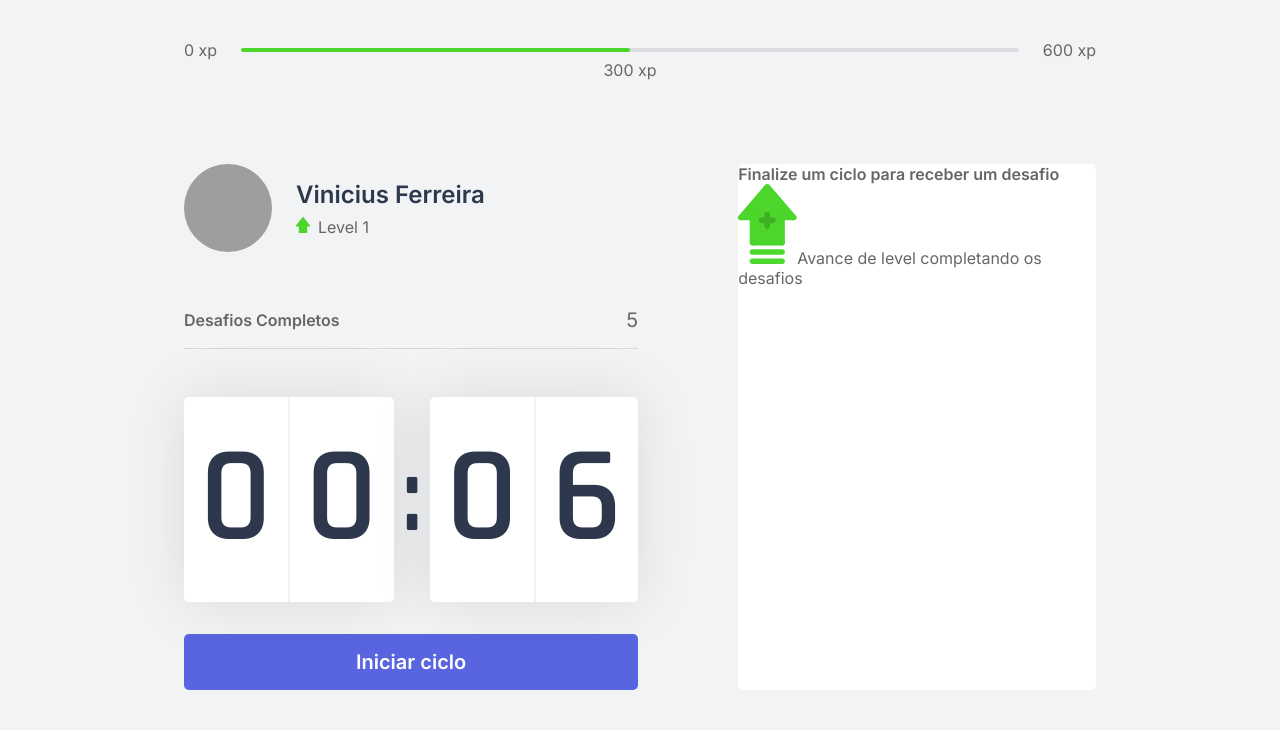
Repository: viniciusfg05/nlwFocus
Page: /
These files come from the project's save history. The page is drawn as it stood at one moment and after the next save; the edit follows.
The browser window is 1280 px wide. The pictures show the whole page.
Pictures or frames that could not be fetched are drawn as grey boxes. The project was rebuilt for these pictures with package versions that can differ from the ones it lists, and the page was loaded fresh each time. The framework's server and built-in components were replaced by stand-ins that run in the browser.

Above is the page before, as saved 2022-02-28 10:46:46.

After the next save:
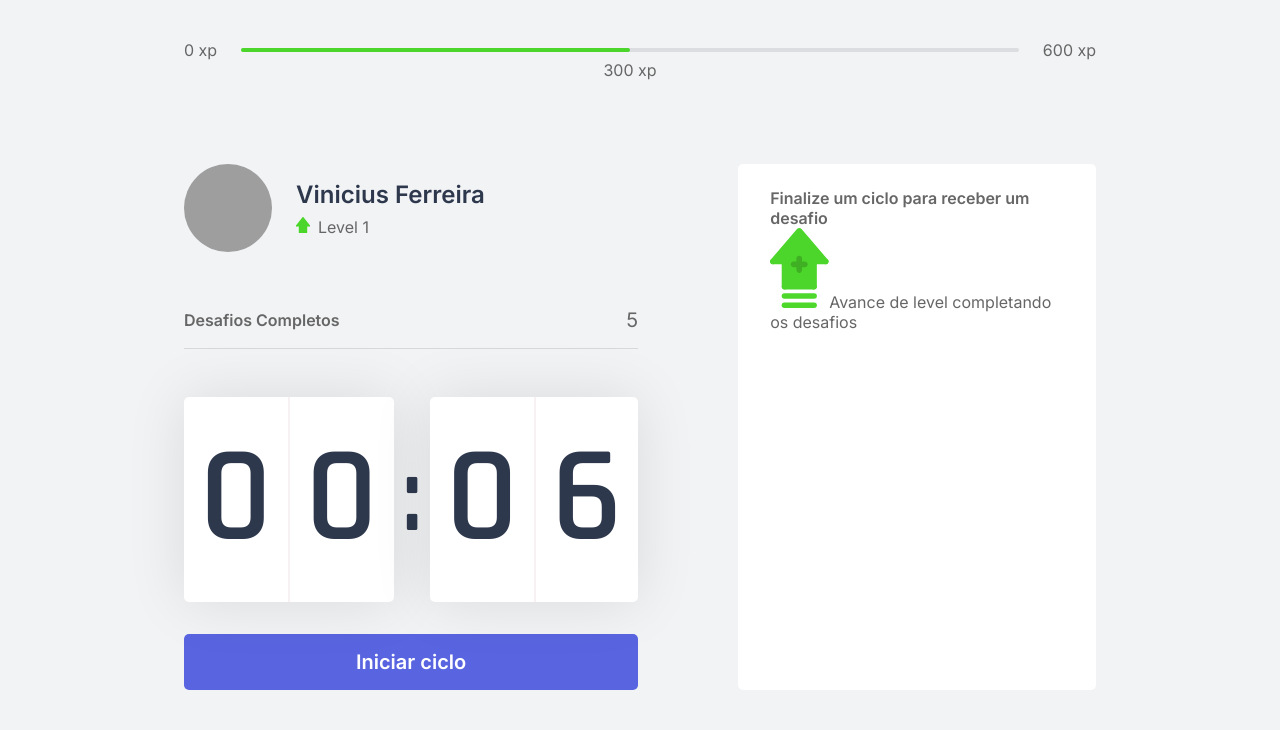
Saved 24 s later.
--- a/src/styles/components/ChallegesBox.module.css
+++ b/src/styles/components/ChallegesBox.module.css
@@ -2,4 +2,5 @@
   height: 100%;
   background: var(--white);
   border-radius: 5px;
+  padding: 1.5rem 2rem;
 }
